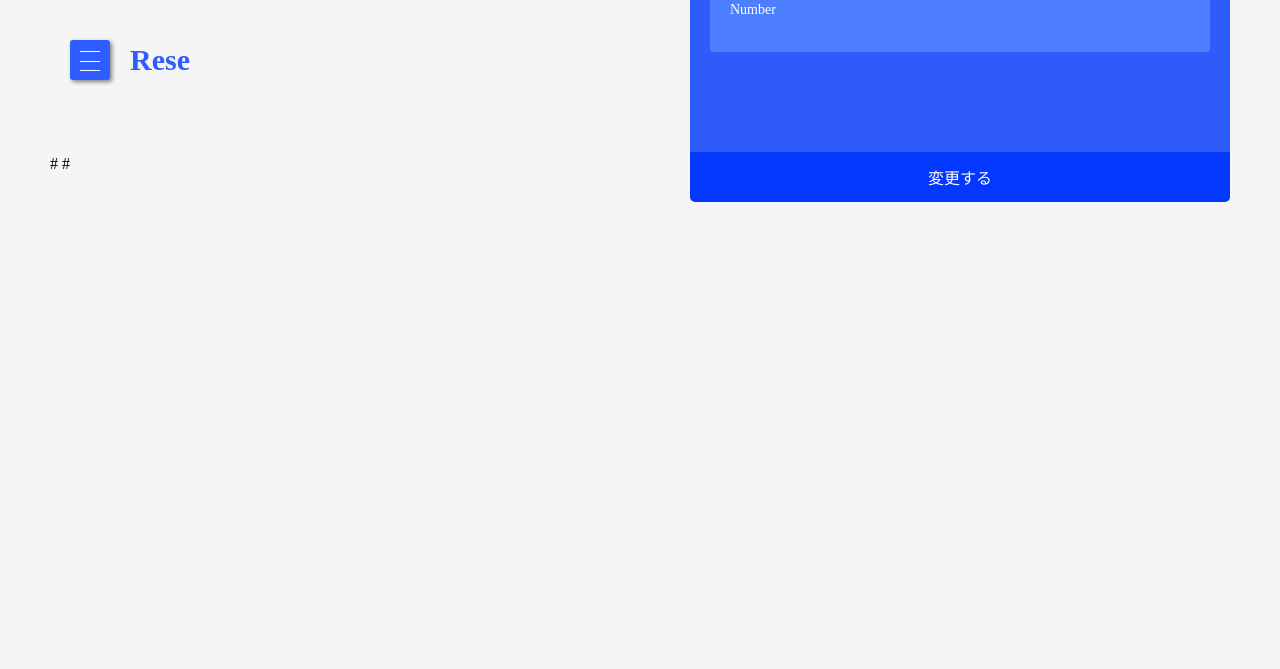
Repository: Haruka-Wada/Rese
Page: src/resources/views/edit.blade.php
An editor plug-in stored every save of this project. The page is shown before and after a run of saves, followed by the edit.
The browser window is 1280 px wide. The pictures show the whole page.
The page is served by the project's Laravel application, run on PHP 8.4 with Laravel 8. The template is opened directly, without the code that normally fills it, so the values that code supplies are empty.

Above is the page before, as saved 2024-11-19 15:29:25.

After the next 2 saves:
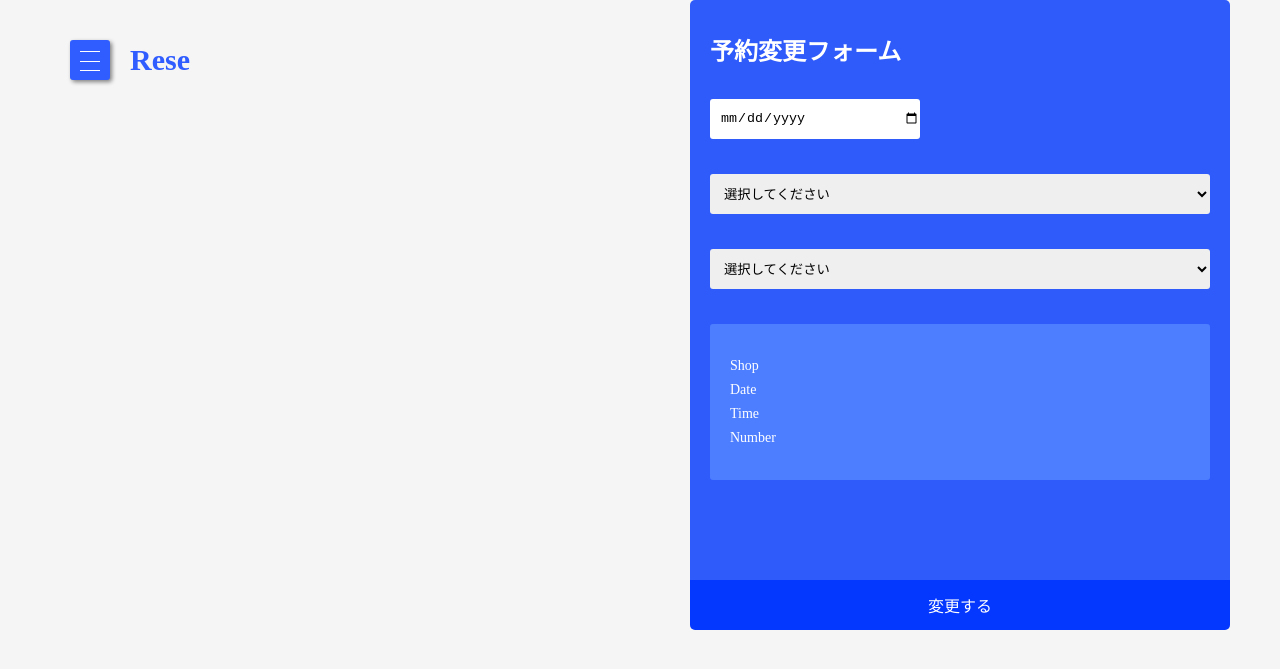
The 2 saves are shown as one change because they came seconds apart.
The last was saved 16 s later.
--- a/src/public/css/edit.css
+++ b/src/public/css/edit.css
@@ -7,9 +7,9 @@
 }
 
 .main__container {
-    display: flex;
-    align-items: flex-end;
-    padding: 50px;
+    display: grid;
+    grid-template-rows: 130px 1fr;
+    grid-template-columns: 50% 1fr;
 }
 
 .shop__container {
